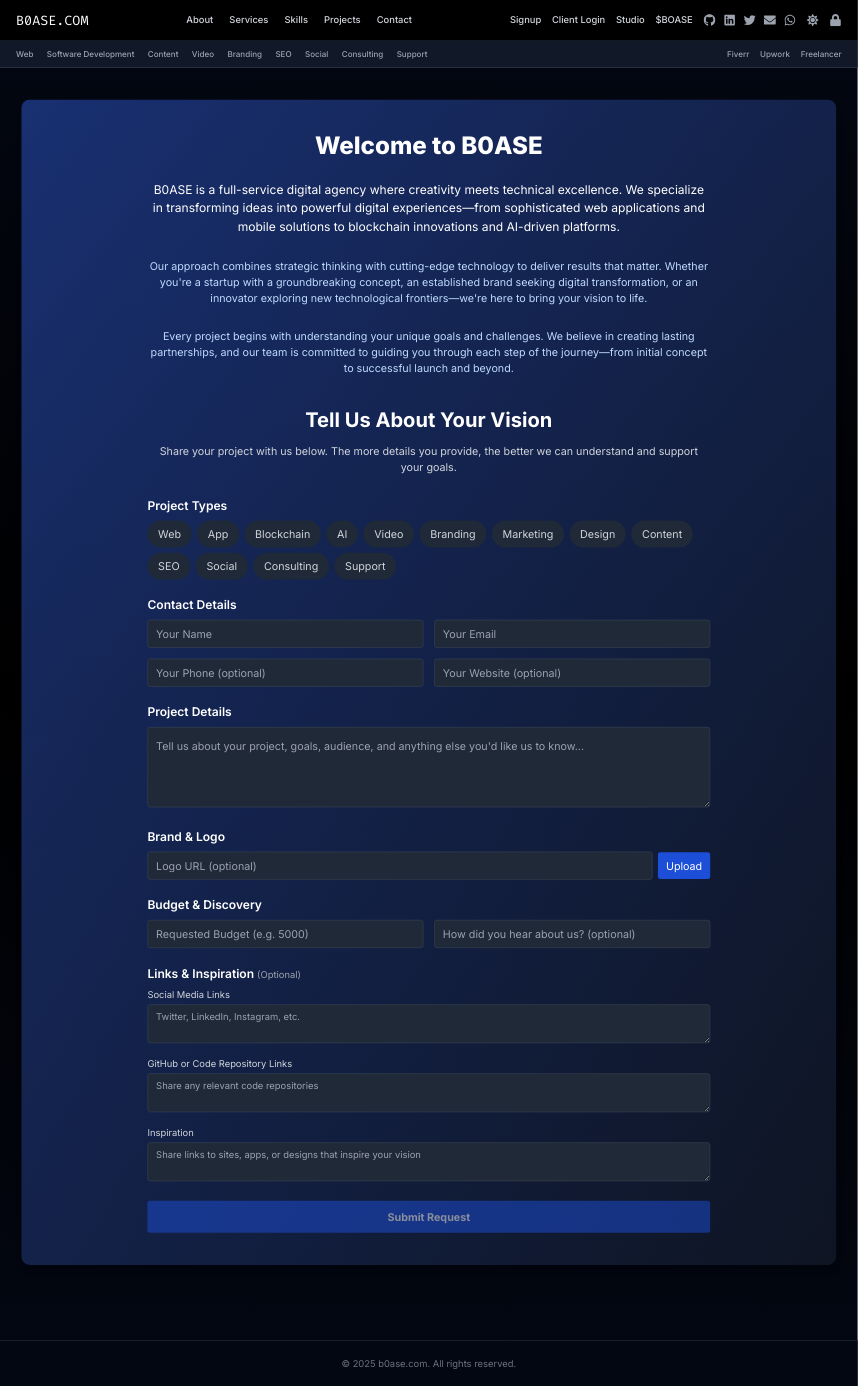
Repository: b0ase/rafskitchen
Page: /signup
An editor plug-in stored every save of this project. The page is shown before and after the next save, followed by the edit.
The browser window is 1280 px wide. The pictures show the whole page, at 67% of full size.
The page's requests for data from a server got no answer. The project was rebuilt for these pictures with package versions that can differ from the ones it lists, and the page was loaded fresh each time. The framework's server and built-in components were replaced by stand-ins that run in the browser. No one was signed in, and anything a server would have sent is missing. Also part of the build but not shown: next.config.js.

Above is the page before, as saved 2025-05-04 11:20:59.

After the next save:
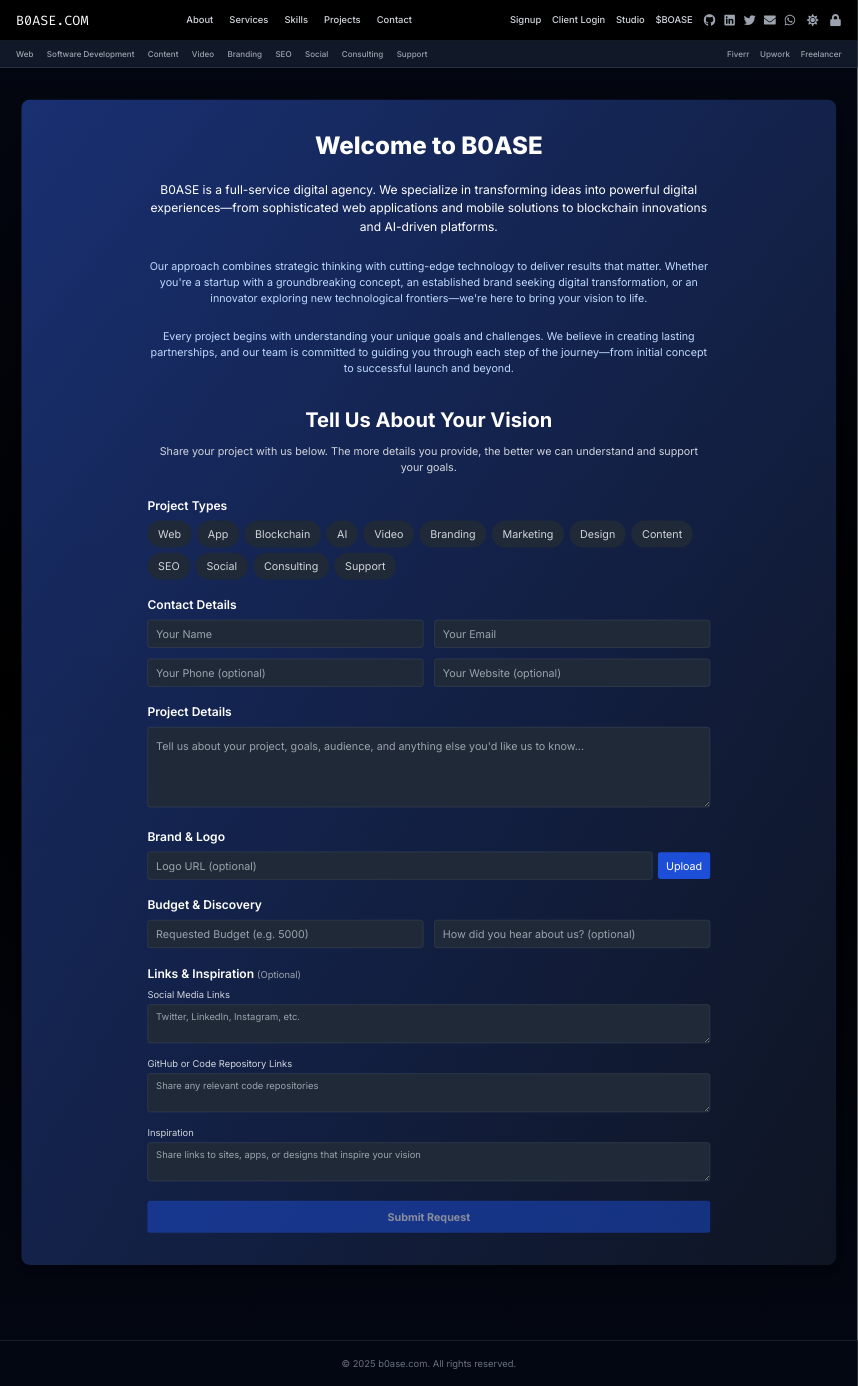
Saved 39 s later.
--- a/app/signup/page.tsx
+++ b/app/signup/page.tsx
@@ -6,7 +6,7 @@
       <section className="w-full bg-gradient-to-br from-blue-900/80 to-gray-900/80 rounded-xl shadow-lg p-4 md:p-12 text-white">
         <div className="w-3/4 mx-auto text-center mb-12">
           <h1 className="text-4xl font-extrabold mb-8">Welcome to B0ASE</h1>
-          <p className="text-lg mb-8">B0ASE is a full-service digital agency where creativity meets technical excellence. We specialize in transforming ideas into powerful digital experiences—from sophisticated web applications and mobile solutions to blockchain innovations and AI-driven platforms.</p>
+          <p className="text-lg mb-8">B0ASE is a full-service digital agency. We specialize in transforming ideas into powerful digital experiences—from sophisticated web applications and mobile solutions to blockchain innovations and AI-driven platforms.</p>
 
           <p className="text-md text-blue-200 mb-8">Our approach combines strategic thinking with cutting-edge technology to deliver results that matter. Whether you're a startup with a groundbreaking concept, an established brand seeking digital transformation, or an innovator exploring new technological frontiers—we're here to bring your vision to life.</p>
 
